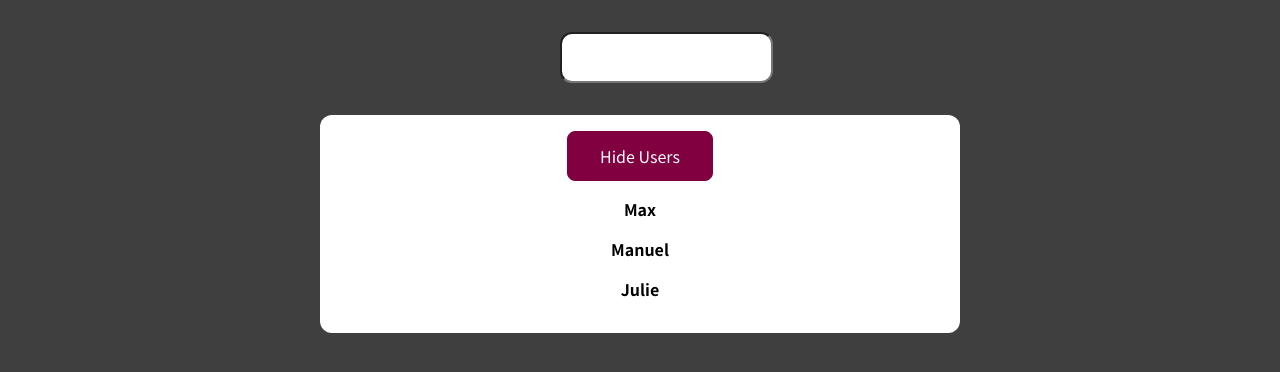
Repository: prathmeshgodbole/React-Class-Based
Page: /
The author's editor kept a copy of each file at every save. The page is drawn from the files as they stood at one save, then again after the next save.
The browser window is 1280 px wide. The pictures show the whole page.
The project was rebuilt for these pictures with package versions that can differ from the ones it lists, and the page was loaded fresh each time.

Above is the page before, as saved 2021-07-15 15:25:05.

After the next save:
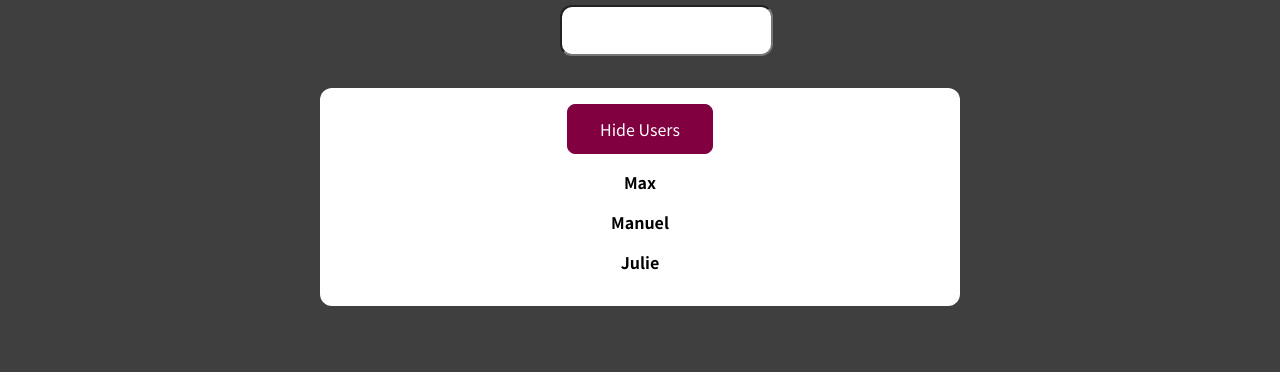
Saved 10 s later.
--- a/src/components/UserFinder.module.css
+++ b/src/components/UserFinder.module.css
@@ -1,5 +1,5 @@
 .finder {
-    margin-top: 2rem;
+    margin-top: 5px;
     margin-left: 42em;
     /* margin: 2rem auto; */
     background-color: white;
